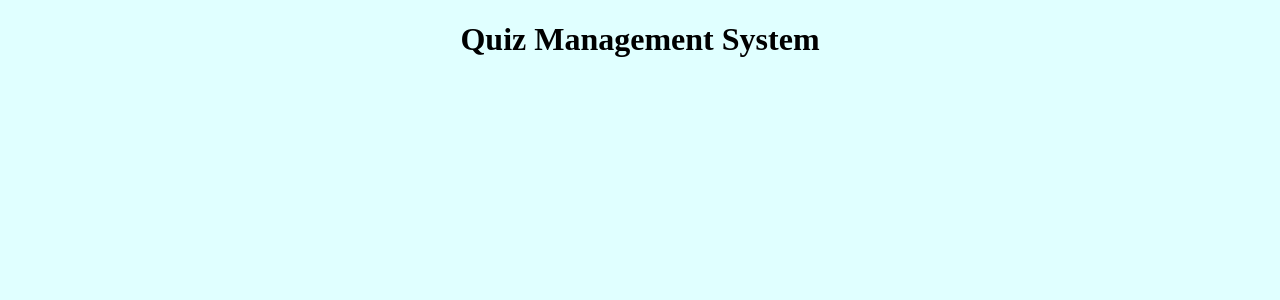
Repository: Rohitsenpai01/Quiz-Manangement-System
Page: http://localhost/WebQuizApp/
These files come from the project's save history. The page is drawn as it stood at one moment and after the next save; the edit follows.
The browser window is 1280 px wide. The pictures show the whole page.
The page is served by Tomcat 9.

Above is the page before, as saved 2025-12-28 07:06:23.

After the next save:
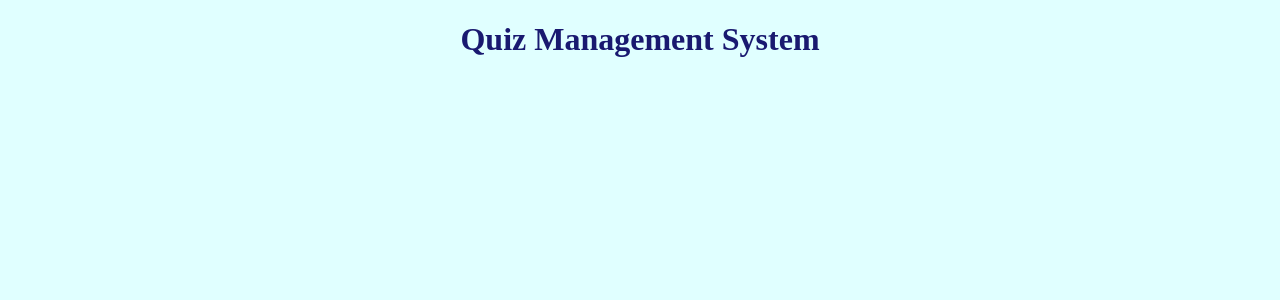
Saved 101 s later.
--- a/WebQuizApp/WebQuizApp/src/main/webapp/index.jsp
+++ b/WebQuizApp/WebQuizApp/src/main/webapp/index.jsp
@@ -7,7 +7,7 @@
 <title>Insert title here</title>
 </head>
 <body bgcolor="${initParam.theme}">
-	<h1 style="text-align: center;">${initParam.appTitle}</h1>
+	<h1 style="text-align: center; color: #191970">${initParam.appTitle}</h1>
 
 </body>
 </html>

After the save that followed:
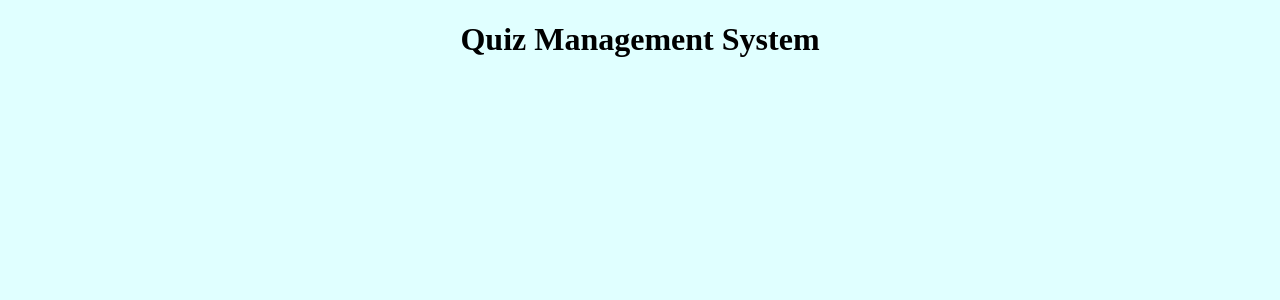
Saved 14 s later.
--- a/WebQuizApp/WebQuizApp/src/main/webapp/index.jsp
+++ b/WebQuizApp/WebQuizApp/src/main/webapp/index.jsp
@@ -7,7 +7,7 @@
 <title>Insert title here</title>
 </head>
 <body bgcolor="${initParam.theme}">
-	<h1 style="text-align: center; color: #191970">${initParam.appTitle}</h1>
+	<h1 style="text-align: center;">${initParam.appTitle}</h1>
 
 </body>
 </html>
